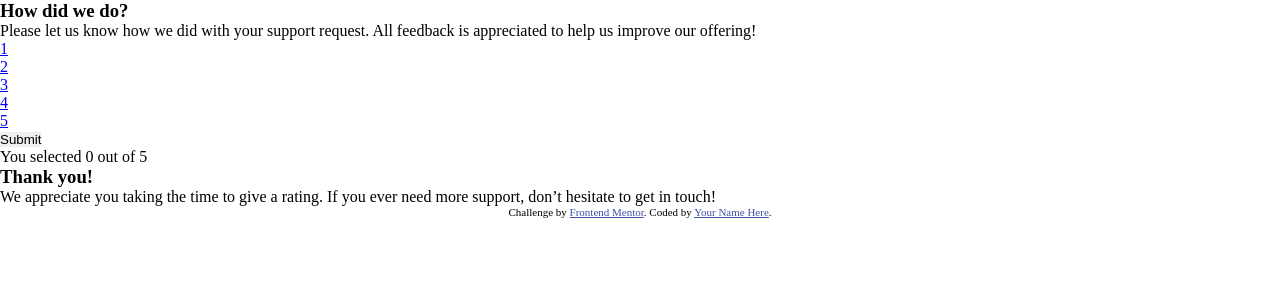
Repository: huynhnhutanhduy/interactive-rating-component
Page: index.html
These files come from the project's save history. The page is drawn as it stood at one moment and after the next save; the edit follows.
The browser window is 1280 px wide. The pictures show the whole page.

Above is the page before, as saved 2022-10-19 09:42:00.

After the next save:
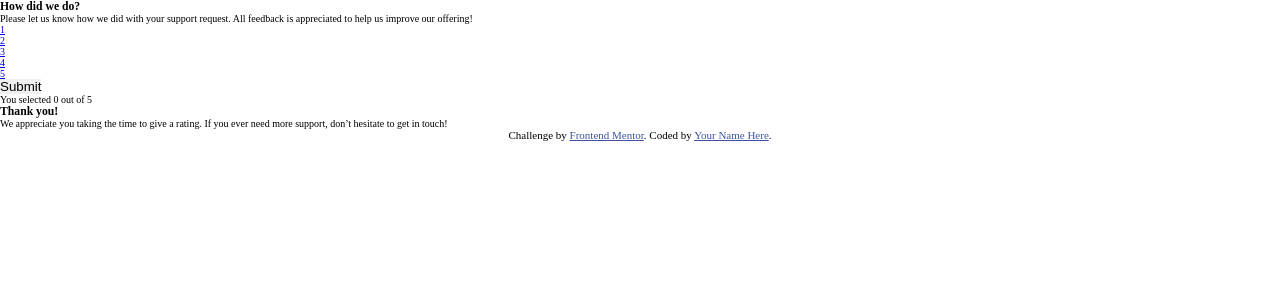
Saved 25 s later.
--- a/app.css
+++ b/app.css
@@ -9,6 +9,11 @@
 html {
   box-sizing: border-box;
 }
+html {
+  font-size: 62.5%;
+}
+body {
+}
 
 .attribution {
   font-size: 11px;
